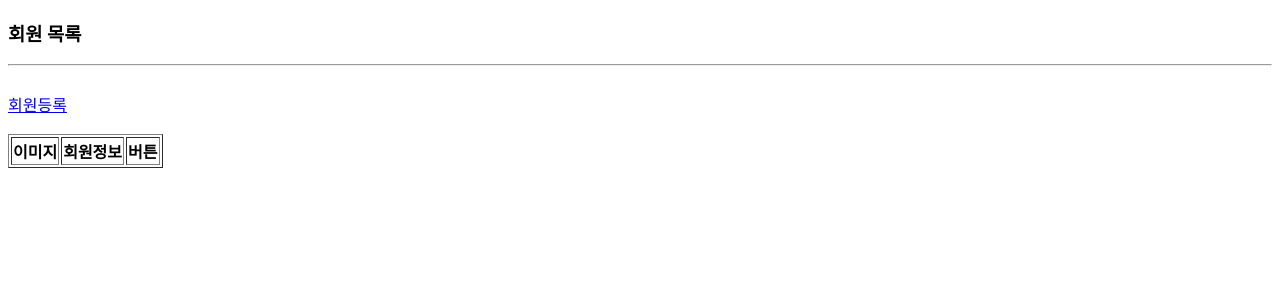
Repository: LeeKukJu/JSP-Study
Page: http://localhost/JSPBook/ch07/totaltest/total_memberList.jsp
The author's editor kept a copy of each file at every save. The page is drawn from the files as they stood at one save, then again after the next save.
The browser window is 1280 px wide. The pictures show the whole page.
The page is served by Tomcat 9. Other server files are loaded and not shown.

Above is the page before, as saved 2023-01-31 06:28:26.

### JSPBook/WebContent/ch07/totaltest/total_memberList.jsp
<%@page import="java.util.ArrayList"%>
<%@page import="dto.MemberVO"%>
<%@page import="java.util.List"%>
<%@page import="dao.MemberDAO"%>
<%@ page language="java" contentType="text/html; charset=UTF-8"
    pageEncoding="UTF-8"%>
<%@ taglib prefix="c" uri="http://java.sun.com/jsp/jstl/core" %>
<!DOCTYPE html>
<html>
<head>
<meta charset="UTF-8">
<title>Insert title here</title>
</head>
<body>
<!--
	문제1) 로그인 성공하여 회원 목록 페이지로 넘어올 때,
	'아이디'님 환영합니다! 알림창을 띄워주세요.
	문제1)
	회원가입을 통해 가입한 회원들의 목록 전부를 가져와서
	아래 테이블을 채워주세요.

	전체 목록 출력을 core태그를 이용하여 작성해주세요.
	회원목록이 없는 경우 "조회하실 회원정보가 존재하지 않습니다."를 출력해주세요
	회원목록이 있는 경우 목록 전체를 출력해주세요.
	- 출력은 core 태그들을 이용해서 출력해주세요.

	문제2)
 -->
 <%
 	String id = request.getParameter("id");
 	MemberDAO dao = MemberDAO.getInstance();
 	List<MemberVO> memberList = dao.getMemberList();
 %>
 <script type="text/javascript">
 	let msg = '<c:out value="${msg }"/>';
 	alert(msg);
 </script>

 	<h3>회원 목록</h3>
 	<hr>
 	<br><a href="#">회원등록</a><br><br>

 	<table border="1">
 		<thead>
 			<tr>
 				<th>이미지</th>
 				<th>회원정보</th>
 				<th>버튼</th>
 			</tr>
 		</thead>
 		<tbody>
	 		<c:set var="List" value="<%=memberList %>"/>
 			<c:choose>
 				<c:when test="">
 				</c:when>
 				<c:otherwise>
 				</c:otherwise>
 			</c:choose>
 		<c:forEach var="item" items="${memList }">
 			<tr>
 				<td>
 				<img alt="" src="<%=request.getContextPath()%>/resources/images/${item.filename}" width="200px">
 				</td>
 				<td>
 				<p>아 이 디 : ${item.mem_id }</p>
 				<p>비밀번호 : ${item.mem_pw }</p>
 				<p>이  름 : ${item.mem_name }</p>
 				<p>성  별 : ${item.mem_sex }</p>
 				</td>
 				<td>
 				<a href="#">상세정보</a>
 				</td>
 			</tr>
 		</c:forEach>

 		</tbody>

 	</table>


</body>
</html>

### JSPBook/src/dao/MemberDAO.java
package dao;

import java.util.ArrayList;

import dto.MemberVO;

public class MemberDAO{

	private ArrayList<MemberVO> memberList = new ArrayList<MemberVO>();
	private static MemberDAO instance = new MemberDAO();
	public static MemberDAO getInstance() {
		return instance;
	}

	public ArrayList<MemberVO> getMemberList() {
		return memberList;
	}

	public void insertMember(MemberVO member) {
		memberList.add(member);
	}

}

After the next save:
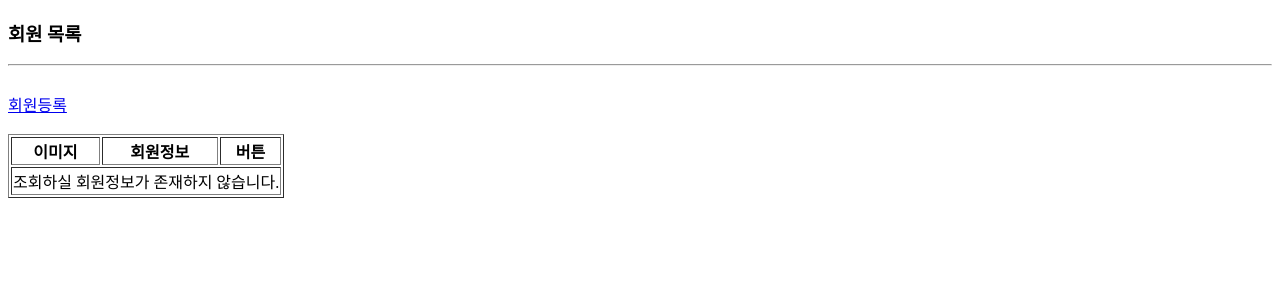
Saved 69 s later.
--- a/JSPBook/WebContent/ch07/totaltest/total_memberList.jsp
+++ b/JSPBook/WebContent/ch07/totaltest/total_memberList.jsp
@@ -51,27 +51,31 @@
  		<tbody>
 	 		<c:set var="List" value="<%=memberList %>"/>
  			<c:choose>
- 				<c:when test="">
+ 				<c:when test="${empty list}">
+ 					<tr>
+ 						<td colspan="3"> 조회하실 회원정보가 존재하지 않습니다. </td>
+ 					</tr>
  				</c:when>
  				<c:otherwise>
+			 		<c:forEach var="item" items="${List }">
+			 			<tr>
+			 				<td>
+			 				<img alt="" src="<%=request.getContextPath()%>/resources/images/${item.filename}" width="200px">
+			 				</td>
+			 				<td>
+			 				<p>아 이 디 : ${item.mem_id }</p>
+			 				<p>비밀번호 : ${item.mem_pw }</p>
+			 				<p>이  름 : ${item.mem_name }</p>
+			 				<p>성  별 : ${item.mem_sex }</p>
+			 				</td>
+			 				<td>
+			 				<a href="#">상세정보</a>
+			 				</td>
+			 			</tr>
+			 		</c:forEach>
+
  				</c:otherwise>
  			</c:choose>
- 		<c:forEach var="item" items="${memList }">
- 			<tr>
- 				<td>
- 				<img alt="" src="<%=request.getContextPath()%>/resources/images/${item.filename}" width="200px">
- 				</td>
- 				<td>
- 				<p>아 이 디 : ${item.mem_id }</p>
- 				<p>비밀번호 : ${item.mem_pw }</p>
- 				<p>이  름 : ${item.mem_name }</p>
- 				<p>성  별 : ${item.mem_sex }</p>
- 				</td>
- 				<td>
- 				<a href="#">상세정보</a>
- 				</td>
- 			</tr>
- 		</c:forEach>
 
  		</tbody>
 
